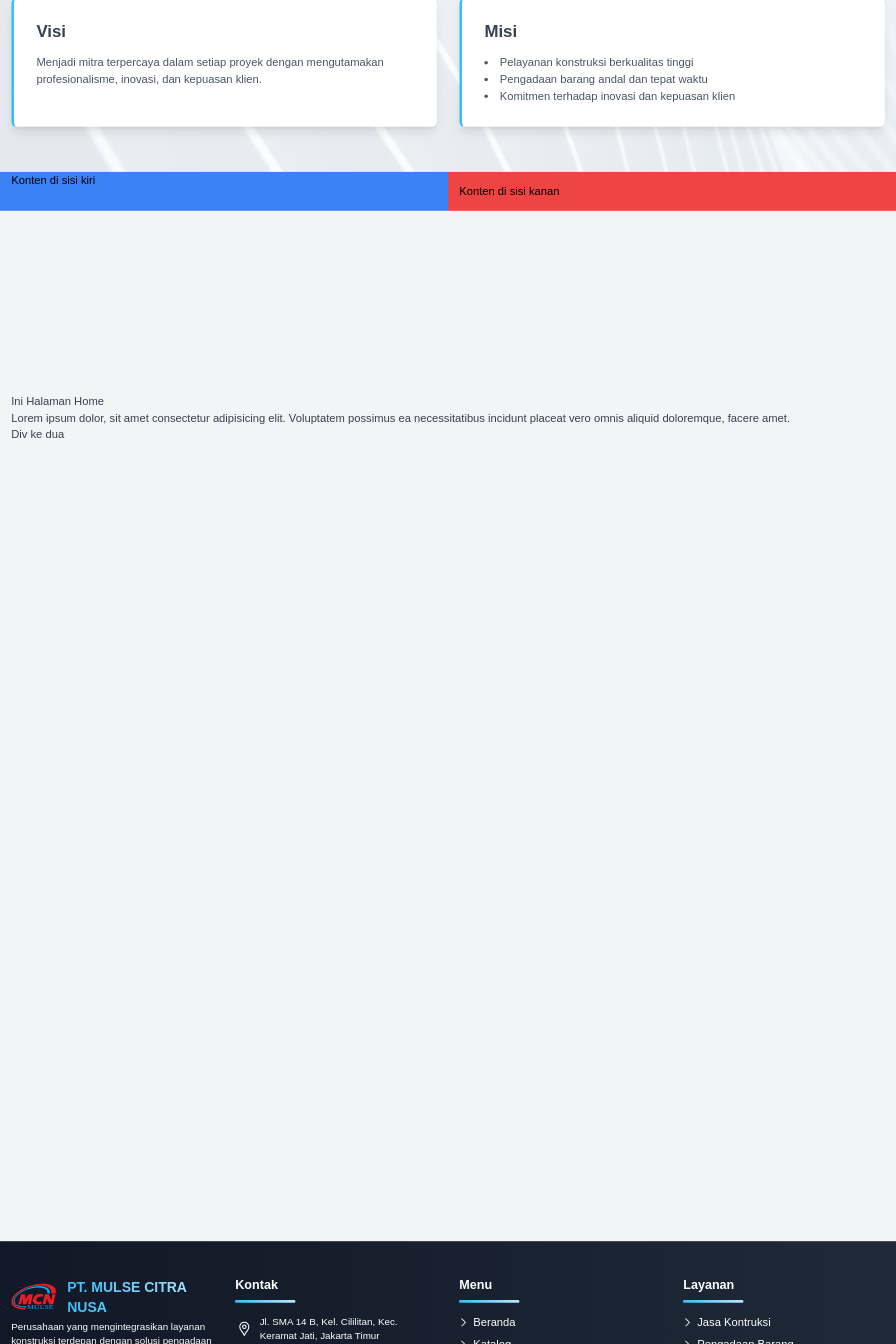
Repository: PrasBaldin/next-mulse
Page: /
The author's editor kept a copy of each file at every save. The page is drawn from the files as they stood at one save, then again after the next save.
The browser window is 1280 px wide. The pictures show the part of the page from y = 1723 to 3643 px (the page is 3893 px tall before and 3861 px after), at 70% of full size.
The project was rebuilt for these pictures with package versions that can differ from the ones it lists, and the page was loaded fresh each time. The framework's server and built-in components were replaced by stand-ins that run in the browser. Also part of the build but not shown: next.config.ts.

Above is the page before, as saved 2025-02-23 04:42:20.

After the next save:
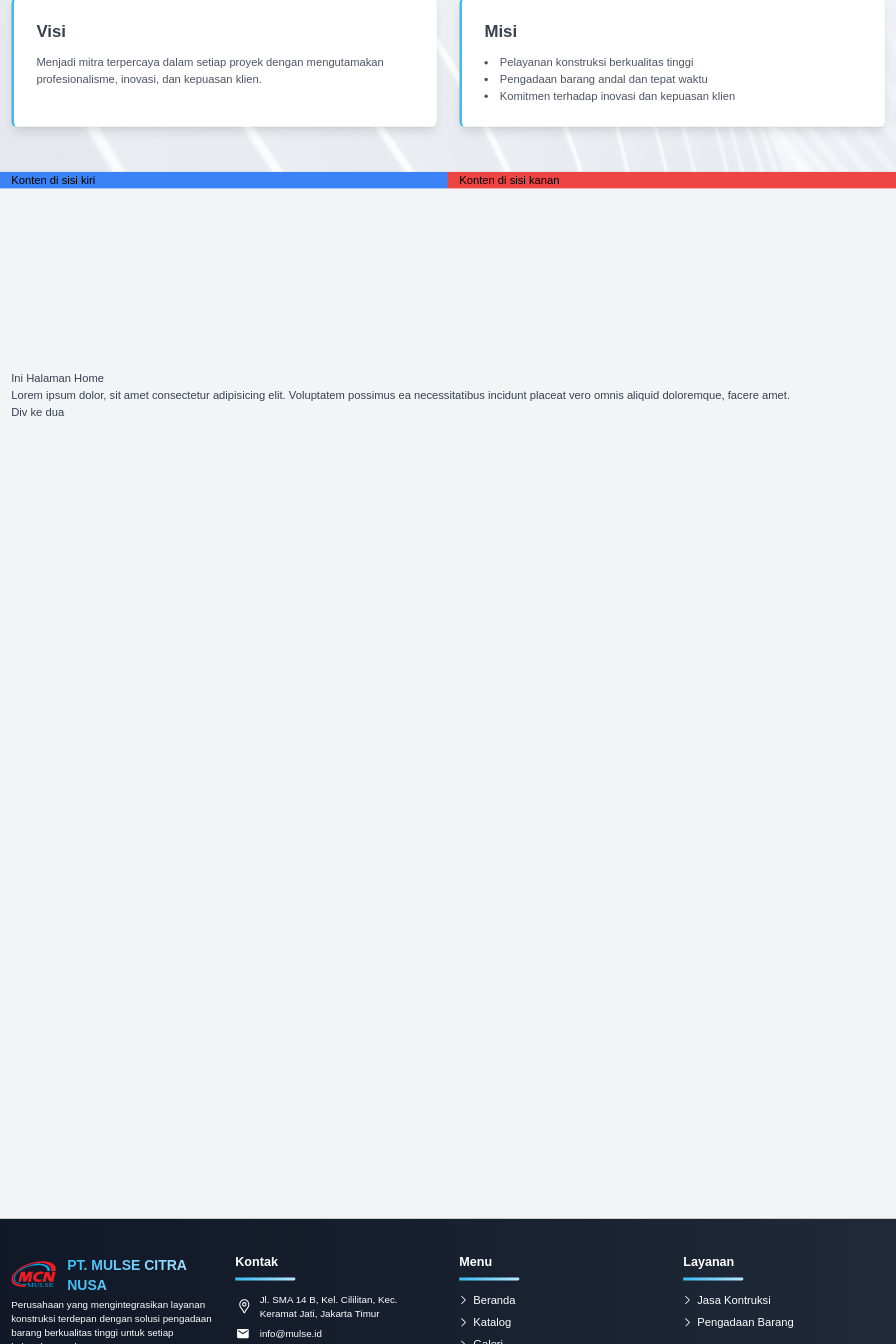
Saved 31 s later.
--- a/app/services/page.tsx
+++ b/app/services/page.tsx
@@ -8,7 +8,7 @@ const ServicesPage = () => {
                     </div>
                 </div>
                 <div className="w-full lg:w-1/2 bg-red-500">
-                    <div className="container mr-auto p-4">
+                    <div className="sm:max-w-[640px] md:max-w-[768px] lg:max-w-[512px] xl:max-w-[640px] 2xl:max-w-[768px] ml-auto mr-auto lg:mr-0 px-4">
                         <p>Konten di sisi kanan</p>
                     </div>
                 </div>
